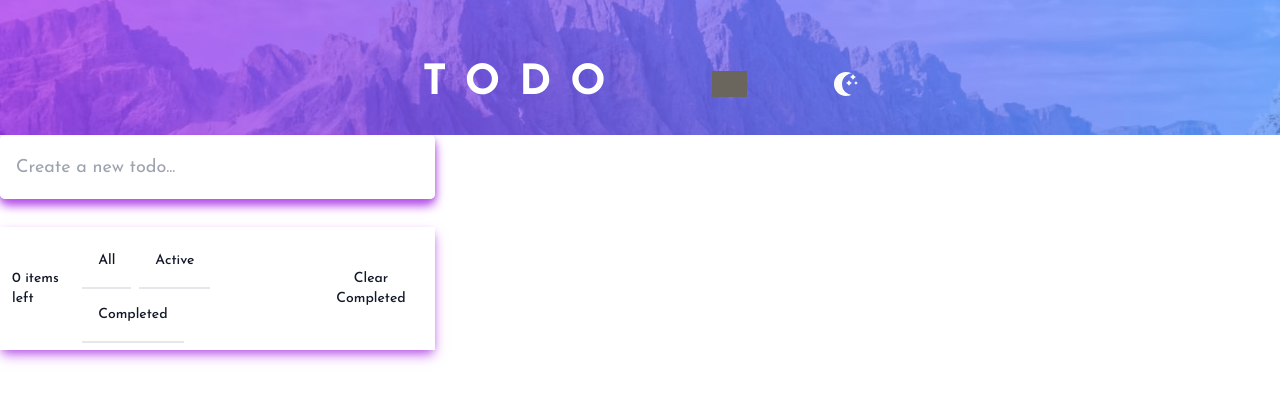
Repository: ikram-lisa/todo-list
Page: /
An editor plug-in stored every save of this project. The page is shown before and after the next save, followed by the edit.
The browser window is 1280 px wide. The pictures show the whole page.
Pictures or frames that could not be fetched are drawn as grey boxes. The project was rebuilt for these pictures with package versions that can differ from the ones it lists, and the page was loaded fresh each time. Also part of the build but not shown: vite.config.js.

Above is the page before, as saved 2024-05-15 09:13:56.

### src/main.jsx
import React from "react";
import ReactDOM from "react-dom/client";
import App from "./App.jsx";
import "./css/style.scss";
ReactDOM.createRoot(document.getElementById("root")).render(
  <React.StrictMode>
    <App />
  </React.StrictMode>
);

### src/App.jsx
import Defaultlayout from "./layout/defaultlayout";
import Todolist from "./pages/Todolist";
const App = () => {
  return (
    <>
      <Defaultlayout>
        <Todolist />
      </Defaultlayout>
    </>
  );
};
export default App;

### src/css/style.scss
@use "./base/fonts";
@use "./base/variable" as *;
@use "./base/mixins" as *;
@tailwind base;
@tailwind components;
@tailwind utilities;

body {
  font-size: 18px;
  font-family: "Josefin Sans", sans-serif;
  font-weight: 400;
}

.container-todo {
  width: 100%;
  height: 100vh;
}
.bg-light-theme {
  background-image: url("../assets/images/bg-desktop-light.jpg");
  background-position: center;
  background-size: cover;
  overflow-x: hidden;
  width: 100%;
}

.bg-dark-theme {
  background-image: url("../assets/images/bg-desktop-dark.jpg");
  background-position: center;
  background-size: cover;
  overflow-x: hidden;

  width: 100%;
}
.theme-content {
  width: 34%;
  margin: 53px auto;
  margin-bottom: 20px !important;
  h1 {
    font-weight: 700;
    color: white;
    font-size: 2.6rem;
    letter-spacing: 19px;
  }
  img {
    width: 100%;
    max-width: 35px;
    height: auto;
    display: block;
    cursor: pointer;
    filter: invert(104%) sepia(29%) brightness(99%);
  }
}
.form {
  width: 34%;
  margin: 0 auto;
}
.search {
  box-shadow: hsl(280, 87%, 65%) 0px 6px 12px -2px,
    rgba(0, 0, 0, 0.3) 0px 3px 7px -3px;
}
.input-search {
  outline: none;
}

/* Custom classes for specific page layouts */
.custom-checkbox input[type="checkbox"] {
  @include customCheckbox;
}

.custom-checkbox .checkbox-custom {
  @include checkboxCustom;
}

.custom-checkbox input[type="checkbox"]:checked + .checkbox-custom {
  @include checkedCheckboxCustom;
}

.custom-checkbox input[type="checkbox"]:checked + .checkbox-custom:after {
  @include checkedCheckboxCustomAfter;
}

.checklist-item {
  margin-bottom: 0.5rem;
  padding: 0.5rem;
  border-radius: 5px;
}
.checklist-label-title {
  background-color: red;
}

.checklist-label {
  margin-left: 0.5rem;
}
.result {
  box-shadow: hsl(280, 87%, 65%) 0px 6px 12px -2px,
    rgba(0, 0, 0, 0.3) 0px 3px 7px -3px;
}
.checked {
  text-decoration: line-through;
  opacity: 0.6;
  text-decoration-color: #323233;
  color: $DarkGrayishBlue;
}

### src/layout/defaultlayout.jsx
const defaultlayout = ({ children }) => {
  return (
    <>
      <section>{children}</section>
    </>
  );
};
export default defaultlayout;

### src/pages/Todolist.jsx
import { useState } from "react";
import Light from "../assets/images/light.svg";
import Dark from "../assets/images/dark.svg";
import Form from "../components/Form";
const Todolist = () => {
  const [theme, setTheme] = useState("light");
  const handleToggle = () => {
    setTheme(theme === "light" ? "dark" : "light");
  };
  return (
    <>
      <section
        className={`container-todo relative h-[100vh] ${
          theme === "light" ? "bg-white" : "bg-VeryDarkBlueish"
        }`}
      >
        <div
          className={`theme  ${
            theme === "light" ? "bg-light-theme" : "bg-dark-theme"
          } `}
        >
          <div className="theme-content flex justify-between items-center">
            <h1>TODO</h1>
            <img src="../assets/images/moon.svg" alt="" />
            <button onClick={handleToggle}>
              {theme === "light" ? (
                <img src={Dark} alt="dark mode" />
              ) : (
                <img src={Light} alt="light mode" />
              )}
            </button>
          </div>
        </div>
        <div className="form absolute">
          <Form theme={theme} />
        </div>
      </section>
    </>
  );
};
export default Todolist;

### src/css/base/_fonts.scss
@import url("https://fonts.googleapis.com/css2?family=Josefin+Sans:ital,wght@0,100..700;1,100..700&family=Kumbh+Sans:wght@100..900&family=Montserrat:ital,wght@0,100..900;1,100..900&family=Open+Sans:ital,wght@0,400;0,600;0,700;0,800;1,400;1,700;1,800&family=Poppins:ital,wght@0,200;0,300;0,400;0,500;0,600;0,700;0,800;0,900;1,100;1,200;1,300;1,400;1,500;1,600;1,700;1,800;1,900&display=swap");

### src/css/base/_variable.scss
// ### Light Theme

$VeryLightGray: hsl(0, 0%, 98%);
$VeryLightGrayishBlue: hsl(236, 33%, 92%);
$LightGrayishBlue: hsl(233, 11%, 84%);
$DarkGrayishBlue: hsl(236, 9%, 61%);
$VeryDarkGrayishBlue: hsl(235, 19%, 35%);

// ### Dark Theme

$VeryDarkBlue: hsl(235, 21%, 11%);
$VeryDarkBlueish: hsl(235, 24%, 19%);
$LightGrayishBlue: hsl(234, 39%, 85%);
$LightGrayishBlue: hsl(236, 33%, 92%);
$DarkGrayishBlue: hsl(234, 11%, 52%);
$VeryDarkGrayishBlue: hsl(233, 14%, 35%);
$VeryDarkGrayishBlue: hsl(237, 14%, 26%);

### src/css/base/_mixins.scss
@mixin customCheckbox {
  display: none;
}

@mixin checkboxCustom {
  width: 23px;
  height: 23px;
  border: 2px solid #ccc;
  display: inline-block;
  margin-right: 10px;
  vertical-align: middle;
  cursor: pointer;
  border-radius: 50%;
  top: 4px;
}

@mixin checkedCheckboxCustom {
  background-image: linear-gradient(
    to right,
    hsl(192, 100%, 67%),
    hsl(280, 87%, 65%)
  );
  display: flex;
  justify-content: center;
  align-items: center;
  border: none;
}

@mixin checkedCheckboxCustomAfter {
  content: "";

  width: 5px;
  height: 8px;
  border: solid white;
  border-width: 0 3px 3px 0;
  transform: rotate(45deg);
}

### src/components/Form.jsx
import { useState } from "react";
import Tab from "./TabBar";

/* eslint-disable react/prop-types */
const Form = ({ theme }) => {
  const [todos, setTodos] = useState([]);
  const [inputValue, setInputValue] = useState("");
  const [filter, setFilter] = useState("all");
  const handleChange = (e) => {
    setInputValue(e.target.value);
  };
  const handleSubmit = (e) => {
    e.preventDefault();
    if (inputValue.trim() === "") return;
    const newTodo = {
      id: todos.length + 1,
      text: inputValue,
      isCompleted: false,
    };
    setTodos([...todos, newTodo]);
    setInputValue("");
  };
  const handleToggleCompleted = (id) => {
    const updatedTodos = todos.map((todo) => {
      if (todo.id === id) {
        return { ...todo, isCompleted: !todo.isCompleted };
      }
      return todo;
    });
    setTodos(updatedTodos);
  };
  const handleDelete = (id) => {
    const updatedTodos = todos.filter((todo) => todo.id !== id);
    setTodos(updatedTodos);
    console.log("deleted");
  };
  const handleDeleteAll = () => {
    setTodos([]);
  };
  const completedCount = todos.filter((todo) => todo.isCompleted).length;
  const getFilteredTodos = () => {
    switch (filter) {
      case "active":
        return todos.filter((todo) => !todo.isCompleted);
      case "completed":
        return todos.filter((todo) => todo.isCompleted);
      default:
        return todos;
    }
  };

  const filteredTodos = getFilteredTodos();
  return (
    <>
      <section className="search rounded-[5px] relative w-full h-16 flex items-center">
        <form
          onSubmit={handleSubmit}
          className="search rounded-[5px] relative w-full h-16 flex items-center"
        >
          <input
            type="text"
            value={inputValue}
            onChange={handleChange}
            className={`input-search block w-full p-4 text-lg text-gray-900 ${
              theme === "dark"
                ? "bg-VeryDarkBlueish text-white"
                : "bg-white text-gray-900"
            } rounded-[5px] w-full h-16 flex items-center`}
            placeholder="Create a new todo..."
          />
        </form>
      </section>
      <section className="result mt-7">
        <ul
          className={`w-full text-sm font-medium ${
            theme === "dark"
              ? "bg-VeryDarkBlueish text-white border-gray-600"
              : "bg-white text-gray-900 border-gray-200"
          } rounded-[5px]`}
        >
          {filteredTodos.map((todo) => (
            <li
              key={todo.id}
              className={`w-full border-b border-gray-500 rounded-t-lg dark:border-gray-600 ${
                todo.isCompleted ? "checked" : ""
              }`}
            >
              <div className="flex items-center justify-between ps-3">
                <label className="custom-checkbox flex items-center gap-3 w-full py-5 ms-2 text-sm font-medium">
                  <input
                    type="checkbox"
                    checked={todo.isCompleted}
                    onChange={() => handleToggleCompleted(todo.id)}
                    className="mr-5 mt-2"
                  />
                  <div className="checkbox-custom"></div>
                  {todo.text}{" "}
                </label>
                <button
                  type="button"
                  onClick={() => handleDelete(todo.id)}
                  className="ms-auto -ml-1.5 mr-[0.625rem] text-[transparent] font-bold hover:text-gray-500  p-1.5
       inline-flex items-center justify-center h-7 w-7 "
                >
                  <span className="sr-only">Close</span>
                  <svg
                    className="w-5 h-5"
                    aria-hidden="true"
                    xmlns="http://www.w3.org/2000/svg"
                    fill="none"
                    viewBox="0 0 14 14"
                  >
                    <path
                      stroke="currentColor"
                      strokeLinecap="round"
                      strokeLinejoin="round"
                      strokeWidth="2"
                      d="m1 1 6 6m0 0 6 6M7 7l6-6M7 7l-6 6"
                    />
                  </svg>
                </button>
              </div>
            </li>
          ))}

          <li className="w-full">
            <div className="flex items-center justify-between py-2 px-3">
              <span>{completedCount} items left</span>
              <div className="tab">
                <Tab setFilter={setFilter} currentFilter={filter} />
              </div>
              <button onClick={handleDeleteAll}>Clear Completed</button>
            </div>
          </li>
        </ul>
      </section>
    </>
  );
};
export default Form;

### src/components/TabBar.jsx
const Tab = () => {
  return (
    <>
      <ul
        className="flex flex-wrap -mb-px text-sm font-medium text-center"
        id="default-styled-tab"
        data-tabs-toggle="#default-styled-tab-content"
        data-tabs-active-classes="text-purple-600 hover:text-purple-600 dark:text-purple-500 dark:hover:text-purple-500 border-purple-600 dark:border-purple-500"
        data-tabs-inactive-classes="dark:border-transparent text-gray-500 hover:text-gray-600 dark:text-gray-400 border-gray-100 hover:border-gray-300 dark:border-gray-700 dark:hover:text-gray-300"
        role="tablist"
      >
        <li className="me-2" role="presentation">
          <button
            className="inline-block p-4 border-b-2 rounded-t-lg"
            id="profile-styled-tab"
            data-tabs-target="#styled-profile"
            type="button"
            role="tab"
            aria-controls="profile"
            aria-selected="false"
          >
            All
          </button>
        </li>
        <li className="me-2" role="presentation">
          <button
            className="inline-block p-4 border-b-2 rounded-t-lg hover:text-gray-600 hover:border-gray-300 dark:hover:text-gray-300"
            id="dashboard-styled-tab"
            data-tabs-target="#styled-dashboard"
            type="button"
            role="tab"
            aria-controls="dashboard"
            aria-selected="false"
          >
            Active
          </button>
        </li>
        <li className="me-2" role="presentation">
          <button
            className="inline-block p-4 border-b-2 rounded-t-lg hover:text-gray-600 hover:border-gray-300 dark:hover:text-gray-300"
            id="settings-styled-tab"
            data-tabs-target="#styled-settings"
            type="button"
            role="tab"
            aria-controls="settings"
            aria-selected="false"
          >
            Completed
          </button>
        </li>
      </ul>
    </>
  );
};
export default Tab;

Loaded but not shown: index.html (common file); tailwind.config.js (1082 lines, source omitted)

After the next save:
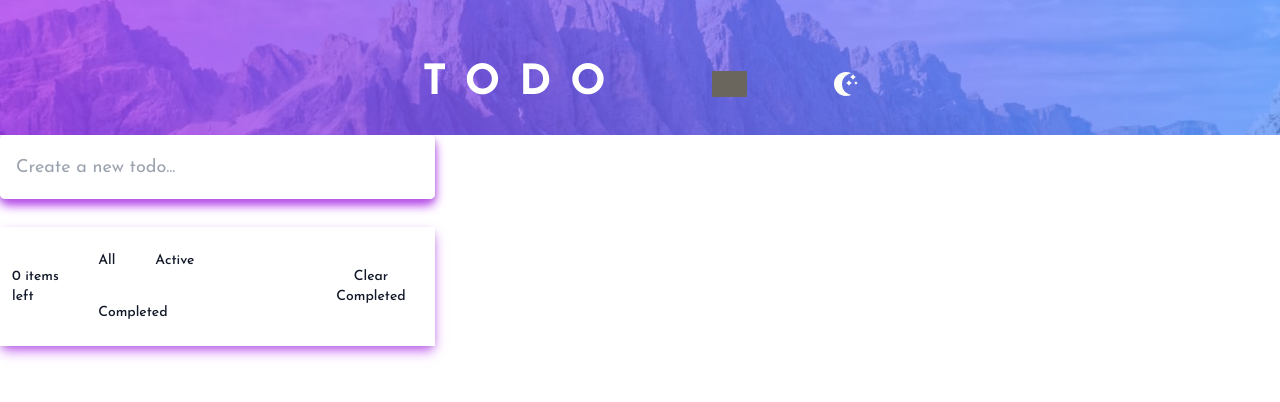
Saved 53 s later.
--- a/src/components/TabBar.jsx
+++ b/src/components/TabBar.jsx
@@ -11,7 +11,7 @@ const Tab = () => {
       >
         <li className="me-2" role="presentation">
           <button
-            className="inline-block p-4 border-b-2 rounded-t-lg"
+            className="inline-block p-4 "
             id="profile-styled-tab"
             data-tabs-target="#styled-profile"
             type="button"
@@ -24,7 +24,7 @@ const Tab = () => {
         </li>
         <li className="me-2" role="presentation">
           <button
-            className="inline-block p-4 border-b-2 rounded-t-lg hover:text-gray-600 hover:border-gray-300 dark:hover:text-gray-300"
+            className="inline-block p-4   hover:text-gray-600 hover:border-gray-300 dark:hover:text-gray-300"
             id="dashboard-styled-tab"
             data-tabs-target="#styled-dashboard"
             type="button"
@@ -37,7 +37,7 @@ const Tab = () => {
         </li>
         <li className="me-2" role="presentation">
           <button
-            className="inline-block p-4 border-b-2 rounded-t-lg hover:text-gray-600 hover:border-gray-300 dark:hover:text-gray-300"
+            className="inline-block p-4  hover:text-gray-600 hover:border-gray-300 dark:hover:text-gray-300"
             id="settings-styled-tab"
             data-tabs-target="#styled-settings"
             type="button"
